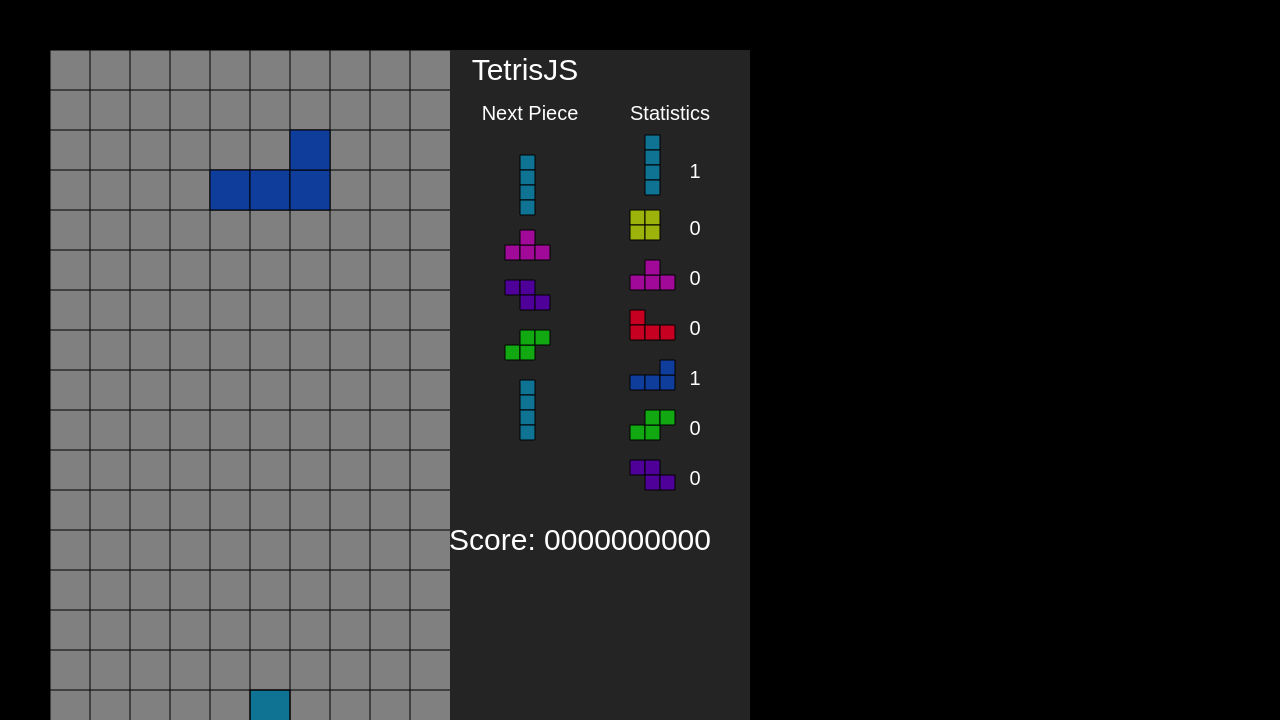
Repository: hosua/TetrisJS
Page: index.html
The author's editor kept a copy of each file at every save. The page is drawn from the files as they stood at one save, then again after the next save.
The browser window is 1280 px wide. The pictures show the whole page.

Above is the page before, as saved 2023-11-07 19:18:50.

### index.html
<html lang="en">
	<link rel="stylesheet" href="style.css">
	<head>
		<meta charset="UTF-8" />
		<meta name="viewport" content="width=device-width, initial-scale=1.0" />
		<title>TetrisJS</title>
	</head>
	<body>
		<canvas id="background-canvas" width="700" height="800"></canvas>
		<canvas id="tetris-canvas" width="400" height="800"></canvas>

		<script type="module" src="./src/main.js"></script>
	</body>
</html>

### src/main.js
import { GFX, Tetris, Tetronimo, P_TYPE, KEY } from "./Tetris.js"
const bg_canvas = document.getElementById("background-canvas");
const tetris_canvas = document.getElementById("tetris-canvas");

const POLL_TICK = 30;
const FALL_TICK = 200; // If we ever implement levels, this determines the difficulty
const DELAY_TICK = 300; // additional wait time after a piece lands
const CLEAR_DELAY = 200; // additional wait time before a line is cleared

let gfx = new GFX();
let tetris = new Tetris();

let piece_counter = { [P_TYPE.I]:0, [P_TYPE.O]:0, [P_TYPE.T]:0, [P_TYPE.J]:0, [P_TYPE.L]:0, [P_TYPE.S]:0, [P_TYPE.Z]:0 }

function reset_piece_counter(piece_counter){
	for (let i in piece_counter){
		console.log(i);
		piece_counter[i] = 0;
	}
}

let queue = [
	tetris.spawn_rand_piece(),
	tetris.spawn_rand_piece(),
	tetris.spawn_rand_piece(),
	tetris.spawn_rand_piece(),
	tetris.spawn_rand_piece(),
	tetris.spawn_rand_piece(),
	tetris.spawn_rand_piece(),
	tetris.spawn_rand_piece(),
];

function handle_input(e){
	let keycode = e.keyCode;
	console.log(`Pressing ${keycode}`);
	switch (keycode){
		case KEY.LEFT:
		case KEY.RIGHT:
		case KEY.DOWN:
			tetronimo.move(keycode, tetris.grid);
			break;
		case KEY.X:
		case KEY.Z:
			tetronimo.rotate(keycode, tetris.grid);
			break;
		case KEY.SPACE:
			tetronimo.hard_drop(tetris.grid);
			break;
	}
	gfx.draw_all_game_elements(tetris.grid, tetronimo);
}

document.addEventListener('keydown', (e) => { return handle_input(e); });

var tetronimo = queue.shift();
piece_counter[tetronimo.type]++;

while (true){
	while (!tetris.check_gameover()){
		gfx.draw_ui_all(piece_counter, queue, tetris.score);
		while (tetronimo.fall(tetris.grid)){
			gfx.draw_all_game_elements(tetris.grid, tetronimo);
			await new Promise(resolve => setTimeout(resolve, FALL_TICK));
		}
		tetronimo = queue.shift();
		queue.push(tetris.spawn_rand_piece());
		piece_counter[tetronimo.type]++;

		let lines_cleared = tetris.clear_lines();
		if (lines_cleared > 0 ){
			await new Promise(resolve => setTimeout(resolve, CLEAR_DELAY));
			gfx.draw_all_game_elements(tetris.grid, tetronimo);
			tetris.score_keeper(lines_cleared);
		}
		await new Promise(resolve => setTimeout(resolve, DELAY_TICK));
	}
	gfx = new GFX();
	tetris = new Tetris();
	reset_piece_counter(piece_counter);
}

### src/Tetris.js
const bg_canvas = document.getElementById("background-canvas");
const tetris_canvas = document.getElementById("tetris-canvas");

const BG_COLOR = "#242424";
const FIELD_COLOR = "grey";
const PLAYFIELD_YMAX = 25;
const PLAYFIELD_XMAX = 10;
const Y_OFF = 5;

export const KEY = {
	SPACE: 32,
	LEFT: 37,
	UP: 38,
	RIGHT: 39,
	DOWN: 40,
	P: 80,
	X: 88,
	Z: 90,
};

export const P_TYPE = {
	NONE: 0,
	I: 1,
	O: 2,
	T: 3,
	S: 4,
	Z: 5,
	J: 6,
	L: 7,
}

const P_COLORS = {
	[P_TYPE.I]: "#0f7394",
	[P_TYPE.O]: "#9cb30b",
	[P_TYPE.T]: "#a10a99",
	[P_TYPE.S]: "#11a811",
	[P_TYPE.Z]: "#4f0099",
	[P_TYPE.J]: "#c70021",
	[P_TYPE.L]: "#0e3d9c",
}

export class Tetronimo {
	constructor(piece_type) {
		this.type = piece_type;
		this.origin = [0, 0];
		this.blocks = Array(4).fill([0, 0]); // block positions relative to origin
		this.spawn_piece();
	}

	print() {
		console.log(this.origin);
		console.log(this.blocks);
	}

	// Since collision detection can usually be solved by checking mins and maxes, some helper methods
	// for getting them are implemented
	min_x() {
		let res = Number.MAX_SAFE_INTEGER;
		for (let block of this.blocks)
			res = Math.min(res, block[0] + this.origin[0]);
		return res;
	}

	max_x() {
		let res = Number.MIN_SAFE_INTEGER;
		for (let block of this.blocks)
			res = Math.max(res, block[0] + this.origin[0]);
		return res;
	}

	min_y() {
		let res = Number.MAX_SAFE_INTEGER;
		for (let block of this.blocks)
			res = Math.min(res, block[1] + this.origin[1]);
		return res;
	}

	max_y() {
		let res = Number.MIN_SAFE_INTEGER;
		for (let block of this.blocks)
			res = Math.max(res, block[1] + this.origin[1]);
		return res;
	}

	// check if valid move by making a copy of the tetronimo's new position and checking if there is
	// any overlap with the grid.
	// Returns true if the new move is valid
	check_move(grid, dx, dy) {
		for (let block of this.blocks) {
			let nx = this.origin[0] + dx + block[0];
			let ny = this.origin[1] + dy + block[1];
			if (grid[ny][nx] !== P_TYPE.NONE)
				return false;
		}
		return true;
	}

	spawn_piece() {
		this.origin = [5, 3];
		switch (this.type) {
			case P_TYPE.I:
				this.blocks = [[0, -1], [0, 0], [0, 1], [0, 2]];
				break;
			case P_TYPE.O:
				this.blocks = [[-1, -1], [-1, 0], [0, -1], [0, 0]];
				break;
			case P_TYPE.T:
				this.blocks = [[-1, 0], [0, 0], [1, 0], [0, -1]];
				break;
			case P_TYPE.S:
				this.blocks = [[-1, 0], [0, 0], [0, -1], [1, -1]];
				break;
			case P_TYPE.Z:
				this.blocks = [[-1, -1], [0, -1], [0, 0], [1, 0]];
				break;
			case P_TYPE.J:
				this.blocks = [[-1, -1], [-1, 0], [0, 0], [1, 0]];
				break;
			case P_TYPE.L:
				this.blocks = [[-1, 0], [0, 0], [1, 0], [1, -1]];
				break;
		}
	}

	// This will check the grid to see if the piece can fall down. If it can, it will move piece down once.
	// returns true if still falling
	fall(grid) {
		let can_fall = true;
		for (let block of this.blocks) {
			let x = this.origin[0] + block[0];
			let y = this.origin[1] + block[1];
			// console.log(x, y);
			// check if min y pos is at bottom
			if (y === PLAYFIELD_YMAX - 1) { // at bottom
				can_fall = false;
			} else if (grid[y + 1][x] !== P_TYPE.NONE) { // if below piece is non-empty
				can_fall = false;
			}
			if (!can_fall)
				break;
		}


		if (can_fall) {
			// move down
			this.origin[1] += 1;
		} else {
			// set to grid
			for (let block of this.blocks) {
				let x = this.origin[0] + block[0];
				let y = this.origin[1] + block[1];
				grid[y][x] = this.type;
			}
		}

		return can_fall;
	}

	move(key, grid) {

		switch (key) {
			case KEY.LEFT:
				if (this.min_x() > 0 && this.check_move(grid, -1, 0))
					this.origin[0]--;
				break;
			case KEY.DOWN:
				if (this.max_y() < PLAYFIELD_YMAX - 1 && this.check_move(grid, 0, +1))
					this.origin[1]++;
				break;
			case KEY.RIGHT:
				if (this.max_x() < PLAYFIELD_XMAX - 1 && this.check_move(grid, +1, 0))
					this.origin[0]++;
				break;
			case KEY.UP: // This should be removed when were no longer testing
				if (this.max_y() > 0 && this.check_move(grid, 0, -1))
					this.origin[1]--;
				break;
			default:
				console.log("Error: Move has wrong key: ", key);
				break;
		}
	}

	rotate(key, grid) {
		// We cannot rotate O
		if (this.type === P_TYPE.O)
			return;

		// Returns the rotated version of the blocks.
		const get_rotated = (key) => {
			// This is a separate function because we want a copy of the rotated
			// piece before actually rotating it to check if the rotation overlaps
			// with another piece, or falls outside the boundaries of the grid.
			let rotated = this.blocks.map((coord) => { return coord.slice() }); // create hard copy
			if (key === KEY.Z) {
				for (let coord of rotated) {
					let x = coord[0];
					let y = coord[1];
					coord[0] = y;
					coord[1] = -x;
				}
			} else if (key === KEY.X) {
				for (let coord of rotated) {
					let x = coord[0];
					let y = coord[1];
					coord[0] = -y;
					coord[1] = x;
				}
			}
			return rotated;
		}

		let can_rotate = true;
		let rotated = get_rotated(key);
		for (let rot of rotated) {
			let rx = this.origin[0] + rot[0];
			let ry = this.origin[1] + rot[1];
			// first, check if rotated position is within the boundaries of the grid
			if (rx < 0 || rx >= PLAYFIELD_XMAX || ry < 0 || ry >= PLAYFIELD_YMAX) {
				can_rotate = false;
				break;
			}
			// second, check if the rotated position overlaps with any
			// other pieces already on the grid
			if (grid[ry][rx] !== P_TYPE.NONE) {
				can_rotate = false;
				break;
			}
		}
		if (can_rotate)
			this.blocks = rotated;
	}

	hard_drop(grid) {
		while (this.fall(grid)) {
			this.move(KEY.DOWN, grid);
		}
	}
}

// Actual Tetris Logic
export class Tetris {
	constructor() {
		this.grid = Array(PLAYFIELD_YMAX).fill().map(
			() => Array(PLAYFIELD_XMAX).fill(P_TYPE.NONE)
		);
		this.score = 0;
		this.level = 0;
		this.total_lines_cleared = 0;
		this.fall_tick = 0; // ms per grid
	}

	print_grid() { console.log(this.grid); }

	// If any pieces land above where the game renders, it's game over
	check_gameover() {
		for (let y = 3; y < 5; y++) {
			for (let x = 0; x < PLAYFIELD_XMAX; x++) {
				if (this.grid[y][x] !== P_TYPE.NONE) {
					console.log("Game over!");
					return true;
				}
			}
		}
		return false;
	}

	spawn_rand_piece() {
		let rand_type = Math.round(Math.random() * (P_TYPE.L - 1) + 1);
		return new Tetronimo(rand_type);
	}

	// checks and clears all full lines, returns how many lines were cleared
	clear_lines() {
		console.log("Checking for full lines");
		let lines_cleared = 0;
		// Do a downward scan to see if line is full
		for (let y = 5; y < PLAYFIELD_YMAX; y++) {
			console.log(`y: ${y}`);
			let is_full = true;

			// scan the line
			for (let x = 0; x < PLAYFIELD_XMAX; x++) {
				if (this.grid[y][x] === P_TYPE.NONE) {
					is_full = false;
					break;
				}
			}

			if (is_full) {
				console.log(`Detected full line at ${y}`);
				// clear the current line
				for (let x = 0; x < PLAYFIELD_XMAX; x++) {
					this.grid[y][x] = P_TYPE.NONE;
				}
				// shift all lines above from current y coordinate down 1
				for (let yy = y; yy >= 5; yy--) {
					this.grid[yy] = this.grid[yy - 1]
				}
				lines_cleared++; // will be used for scoring when it's implemented
			}
		}
		return lines_cleared;
	}

	score_keeper(lines_cleared) {
		// n = level
		// 1 line 		2 line 			3 line 			4 line
		// 40 * (n + 1)	100 * (n + 1)	300 * (n + 1)	1200 * (n + 1)
		switch (lines_cleared) {
			case 1:
				this.score += 40 * (this.level + 1);
				break;
			case 2:
				this.score += 100 * (this.level + 1);
				break;
			case 3:
				this.score += 300 * (this.level + 1);
				break;
			case 4:
				this.score += 1200 * (this.level + 1);
				break;
		}
	}

	// only call when level up happens
	set_new_level() {
		if (this.level < 9)
			this.fall_tick = (48 - (5 * (this.level + 1))) * 61;
		else if (this.level == 9)
			this.fall_tick = 6 * 61;
		else if (this.level < 13)
			this.fall_tick = 5 * 61;
		else if (this.level < 16)
			this.fall_tick = 4 * 61;
		else if (this.level < 16)
			this.fall_tick = 3 * 61;
		else if (this.level < 19)
			this.fall_tick = 2 * 61;
		else
			this.fall_tick = 1 * 61;
	}
}

// Tetronimo objects for drawing UI
const TET_UI = [
	new Tetronimo(P_TYPE.I),
	new Tetronimo(P_TYPE.O),
	new Tetronimo(P_TYPE.T),
	new Tetronimo(P_TYPE.J),
	new Tetronimo(P_TYPE.L),
	new Tetronimo(P_TYPE.S),
	new Tetronimo(P_TYPE.Z),
]

export class GFX {
	constructor() {
		bg_canvas.style.position = "absolute";
		tetris_canvas.style.position = "absolute";
		bg_canvas.style.top = "50";
		bg_canvas.style.left = "50";
		tetris_canvas.style.top = "50";
		tetris_canvas.style.left = "50";
		this.ui_offset = tetris_canvas.width;
		this.ui_width = bg_canvas.width - tetris_canvas.width;
	}


	draw_playfield() {
		const ctx = tetris_canvas.getContext("2d");
		ctx.fillStyle = FIELD_COLOR;
		ctx.fillRect(0, 0, tetris_canvas.width, tetris_canvas.height);
	}

	draw_gridlines() {
		const ctx = tetris_canvas.getContext("2d");
		const horiz_inc = tetris_canvas.height / 20;
		const vert_inc = tetris_canvas.width / 10;

		// Draw horizontal lines
		for (let y = 0; y < tetris_canvas.height; y += horiz_inc) {
			ctx.beginPath();
			ctx.moveTo(0, y);
			ctx.lineTo(tetris_canvas.width, y);
			ctx.stroke();
		}
		// Draw vertical lines
		for (let x = 0; x < tetris_canvas.width; x += vert_inc) {
			ctx.beginPath();
			ctx.moveTo(x, 0);
			ctx.lineTo(x, tetris_canvas.height);
			ctx.stroke();
		}
	}

	// Draw the actual pieces and shit on the 2d grid (except the piece currently in motion)
	draw_grid_elements(grid) {
		const ctx = tetris_canvas.getContext("2d");
		const horiz_inc = tetris_canvas.height / 20;
		const vert_inc = tetris_canvas.width / 10;

		for (let y = PLAYFIELD_YMAX - 1; y >= PLAYFIELD_YMAX - 20; y--) {
			for (let x = 0; x < PLAYFIELD_XMAX; x++) {
				// dx, dy are drawing coords
				let dx = x * horiz_inc;
				let dy = (y - Y_OFF) * vert_inc;
				if (grid[y][x] != P_TYPE.NONE) {
					ctx.fillStyle = P_COLORS[grid[y][x]];
					ctx.beginPath();
					ctx.rect(dx, dy, horiz_inc, vert_inc);
					ctx.fill();
					ctx.stroke();
				}
			}
		}
	}

	// this will draw the tetronimo in motion
	// We are avoiding putting the tetronimo on the actual grid until it lands, this way we don't
	// have to handle creating and destroying the blocks every time it shifts down once.
	draw_falling_tetronimo(tetronimo) {
		const ctx = tetris_canvas.getContext("2d");
		const horiz_inc = tetris_canvas.height / 20;
		const vert_inc = tetris_canvas.width / 10;

		let origin = tetronimo.origin;
		let blocks = tetronimo.blocks;
		let p_type = tetronimo.type;

		ctx.fillStyle = P_COLORS[p_type];
		for (let block of blocks) {
			let dx = (origin[0] + block[0]) * horiz_inc;
			let dy = (origin[1] + block[1] - Y_OFF) * vert_inc;
			ctx.beginPath();
			ctx.rect(dx, dy, horiz_inc, vert_inc);
			ctx.fill();
			ctx.stroke();
		}
	}

	draw_all_game_elements(grid, tetronimo) {
		// this.draw_background();
		this.draw_playfield();
		this.draw_grid_elements(grid);
		this.draw_gridlines();
		this.draw_falling_tetronimo(tetronimo);
	}

	/* UI drawing methods below */

	draw_ui_all(piece_counter, queue, score) {
		this.draw_ui_background();
		this.draw_ui_text("TetrisJS", 30, this.ui_offset + (this.ui_width / 4), 30);
		this.draw_ui_stats(piece_counter);
		this.draw_ui_queue(queue);
		this.draw_ui_text("Made by Hoswoo", 20, this.ui_offset + (this.ui_width / 2), bg_canvas.height - 25);
		this.draw_ui_score(score);
	}

	draw_ui_background() {
		const ctx = bg_canvas.getContext("2d");
		ctx.fillStyle = BG_COLOR;
		ctx.fillRect(0, 0, bg_canvas.width, bg_canvas.height);
	}

	draw_ui_mini_piece(tetronimo, x, y) {
		const ctx = bg_canvas.getContext("2d");
		const dim = 15;
		const x_off = -100;
		const y_off = -625;

		let origin = tetronimo.origin;
		let blocks = tetronimo.blocks;
		let p_type = tetronimo.type;

		ctx.fillStyle = P_COLORS[p_type];

		for (let block of blocks) {
			let dx = x + x_off + (origin[0] + block[0]) * dim;
			let dy = y + y_off + (origin[1] + block[1]) * dim;
			ctx.beginPath();
			ctx.rect(dx, dy, dim, dim);
			ctx.fill();
			ctx.stroke();
		}
	}

	draw_ui_text(text, size, x, y) {
		const ctx = bg_canvas.getContext("2d");
		ctx.font = size.toString() + "px Arial";
		ctx.textAlign = "center";
		ctx.fillStyle = "white";
		ctx.fillText(text, x, y);
	}

	draw_ui_queue(queue, count = 5) { // Draw 'count' next pieces
		let x = this.ui_offset + 80;
		let y = this.ui_offset + 300;
		let y_inc = 50;

		this.draw_ui_text("Next Piece", 20, x, 70);
		for (let i = 0; i < count; i++) {
			let piece = queue[i];
			this.draw_ui_mini_piece(piece, x + 15, y);
			if (piece.type == P_TYPE.I)
				y += 25;
			y += y_inc;
		}
	}

	draw_ui_stats(piece_counter) {
		let x = this.ui_offset + 220;
		let x_gap = 25;
		let y = this.ui_offset + 355;
		let y_inc = 50;
		let i_piece = TET_UI[0];

		this.draw_ui_text("Statistics", 20, x, 70);
		this.draw_ui_mini_piece(i_piece, x, this.ui_offset + 280);
		this.draw_ui_text(piece_counter[P_TYPE.I].toString(), 20, x + x_gap, 128);

		let dy = 185;
		let dy_inc = 50;
		for (let i = 1; i < TET_UI.length; i++) {
			let piece = TET_UI[i];
			this.draw_ui_mini_piece(piece, x, y);
			this.draw_ui_text(piece_counter[piece.type], 20, x + x_gap, dy);
			y += y_inc;
			dy += dy_inc;
		}
	}

	draw_ui_score(score) {
		let x = this.ui_offset + 130;
		let y = 500;
		this.draw_ui_text(`Score: ${score.toString().padStart(10, '0')}`, 30, x, y);
	}
}

Loaded but not shown: style.css (common file)

After the next save:
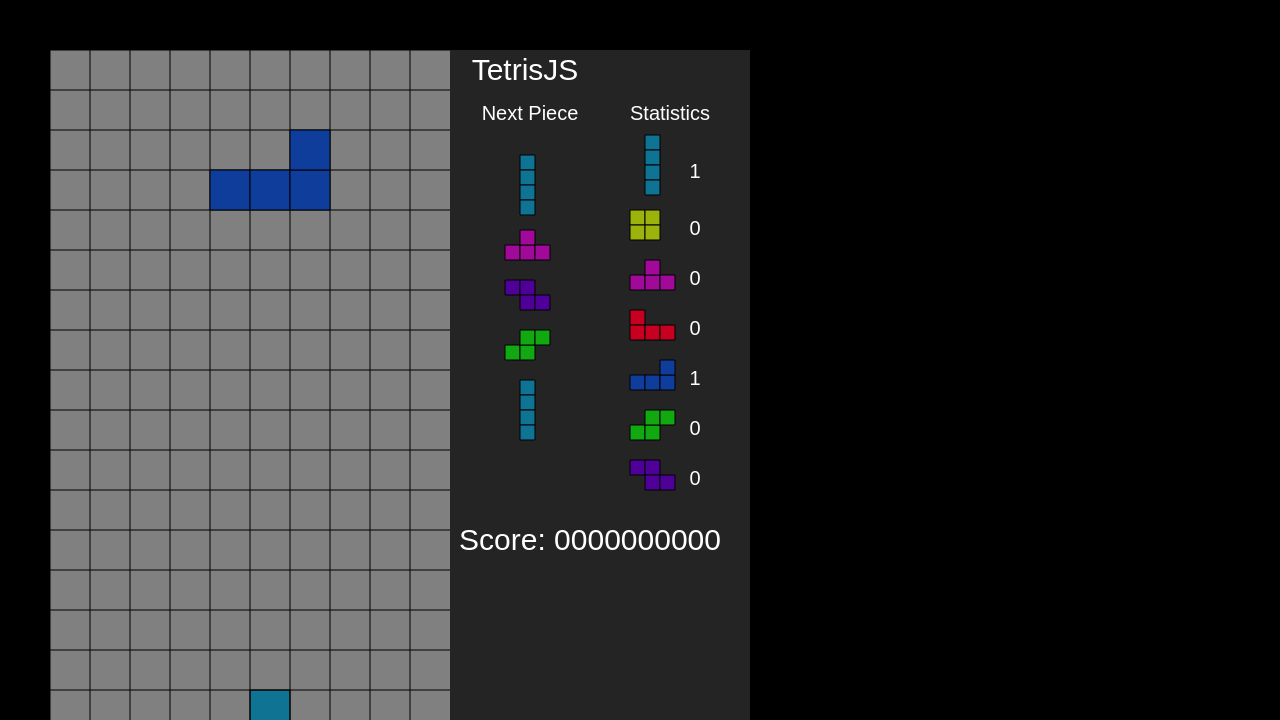
Saved 7 s later.
--- a/src/Tetris.js
+++ b/src/Tetris.js
@@ -531,7 +531,7 @@
 	}
 
 	draw_ui_score(score) {
-		let x = this.ui_offset + 130;
+		let x = this.ui_offset + 140;
 		let y = 500;
 		this.draw_ui_text(`Score: ${score.toString().padStart(10, '0')}`, 30, x, y);
 	}
